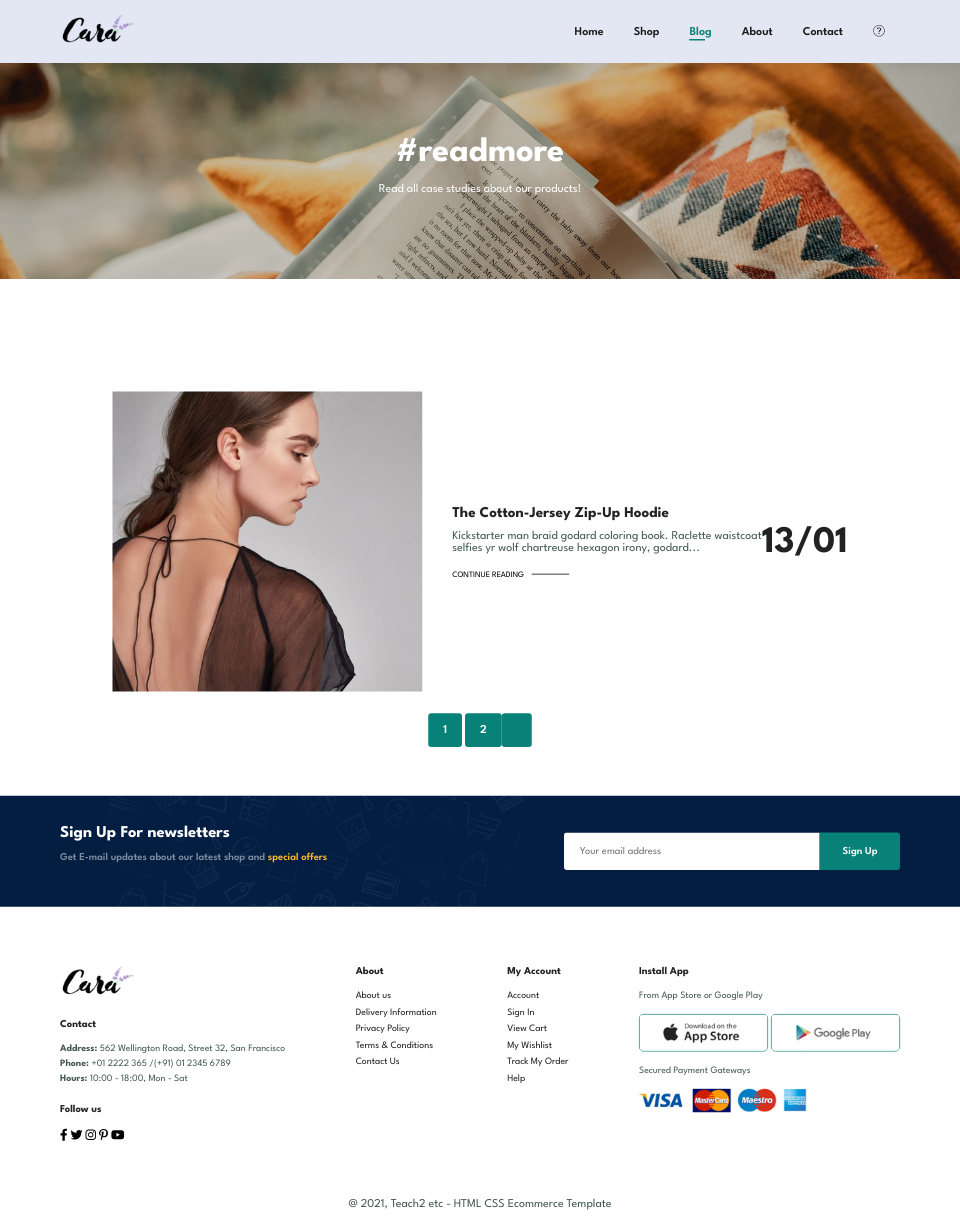
Repository: quy261001/cara
Page: blog.html
The author's editor kept a copy of each file at every save. The page is drawn from the files as they stood at one save, then again after the next save.
The browser window is 1280 px wide. The pictures show the whole page, at 75% of full size.

Above is the page before, as saved 2022-05-03 22:34:44.

### blog.html
<!DOCTYPE html>
<html lang="en">
<head>
  <meta charset="UTF-8">
  <meta http-equiv="X-UA-Compatible" content="IE=edge">
  <meta name="viewport" content="width=device-width, initial-scale=1.0">
  <link rel="stylesheet" href="style.css">
  <title>Cara Blog</title>
</head>
<body>
  <section class="header">
    <a href="#"><img src="img/logo.png" class="logo" alt=""></a>

    <div>
      <ul class="navbar">
        <li><a href="index.html">Home</a></li>
        <li><a href="shop.html">Shop</a></li>
        <li><a class="active" href="blog.html">Blog</a></li>
        <li><a href="about.html">About</a></li>
        <li><a href="contact.html">Contact</a></li>
        <li class="lg-bag"><a href="cart.html"><i class="far fa-shopping-bag"></i></a></li>
        <a href="#" class="close"><i class="far fa-times"></i></a>
      </ul>
    </div>
    <div class="mobile">
      <a href="cart.html"><i class="menu far fa-shopping-bag"></i></a>
      <div class="bar">
        <i class=" fas fa-outdent"></i>
      </div>
    </div>
  </section>

  <section class="page-header blog-header">
    <h2>#readmore</h2>
    <p>Read all case studies about our products!</p>
  </section>

  <section class="blog">
    <div class="blog-box">
      <div class="blog-img">
        <img src="img/blog/b1.jpg" alt="">
      </div>
      <div class="blog-details">
        <h4>The Cotton-Jersey Zip-Up Hoodie</h4>
        <p>Kickstarter man braid godard coloring book. Raclette waistcoat selfies yr wolf chartreuse hexagon irony, godard...</p>
        <a href="#">CONTINUE READING</a>
      </div>
      <h1>13/01</h1>
    </div>
  </section>

  <section class="pagination section-p1">
    <a href="#">1</a>
    <a href="#">2</a>
    <a href="#"><i class="next fal fa-long-arrow-alt-right"></i></a>
  </section>

  <section class="newsletter section-p1 section-m1">
      <div class="newstext">
          <h4>Sign Up For newsletters</h4>
          <p>Get E-mail updates about our latest shop and <span>special offers</span></p>
      </div>
      <div class="form">
        <input type="text" placeholder="Your email address">
        <button class="normal">Sign Up </button>
      </div>
  </section>

  <footer class="section-p1">
    <div class="col">
      <img class="logo" src="img/logo.png" alt="">
      <h4>Contact</h4>
      <p><strong>Address: </strong>562 Wellington Road, Street 32, San Francisco</p>
      <p><strong>Phone: </strong>+01 2222 365 /(+91) 01 2345 6789</p>
      <p><strong>Hours: </strong>10:00 - 18:00, Mon - Sat</p>
      <div class="follow">
        <h4>Follow us</h4>
        <div class="icon">
          <i class="fab fa-facebook-f"></i>
          <i class="fab fa-twitter"></i>
          <i class="fab fa-instagram"></i>
          <i class="fab fa-pinterest-p"></i>
          <i class="fab fa-youtube"></i>
        </div>
      </div>
    </div>

    <div class="col">
      <h4>About</h4>
      <a href="#">About us</a>
      <a href="#">Delivery Information</a>
      <a href="#">Privacy Policy</a>
      <a href="#">Terms & Conditions</a>
      <a href="#">Contact Us</a>
    </div>

    <div class="col">
      <h4>My Account</h4>
      <a href="#">Account</a>
      <a href="#">Sign In</a>
      <a href="#">View Cart</a>
      <a href="#">My Wishlist</a>
      <a href="#">Track My Order</a>
      <a href="#">Help</a>
    </div>

    <div class="col install">
      <h4>Install App</h4>
      <p>From App Store or Google Play</p>
      <div class="row">
        <img src="img/pay/app.jpg" alt="">
        <img src="img/pay/play.jpg" alt="">
      </div>
      <p>Secured Payment Gateways</p>
      <img src="img/pay/pay.png" alt="">
    </div>
  </footer>
  <section>
    <div class="copyright">
      <p>@ 2021, Teach2 etc - HTML CSS Ecommerce Template</p>
    </div>
  </section>
  <script src="script.js"></script>
  <script defer src="https://pro.fontawesome.com/releases/v5.15.4/js/all.js"></script>
</body>
</html>

### style.css
@import url('https://fonts.googleapis.com/css2?family=League+Spartan:wght@100;200;300;400;500;600;700;800;900&display=swap');
* {
  margin: 0;
  padding: 0;
  box-sizing: border-box;
  font-family: 'League Spartan', sans-serif;
}
h1 {
  font-size: 50px;
  line-height: 64px;
  color: #222;
}
h2 {
  font-size: 46px;
  line-height: 53px;
  color: #222;
}
h4 {
  font-size: 20px;
  color: #222;
}
h6 {
  font-weight: 700;
  font-size: 12px;
}
p {
  font-size: 16px;
  color: #465b52;
  margin: 15px 0 20px 0;
}
.section-p1 {
  padding: 40px 80px;
}
.section-m1 {
  margin: 40px 0;
}
button.normal {
  font-size: 14px;
  font-weight: 600;
  padding: 15px 30px;
  color: #000;
  background-color: #fff;
  border-radius: 4px;
  cursor: pointer;
  border: none;
  outline: none;
  transition: 0.2s;
}
button.while {
  font-size: 13px;
  font-weight: 600;
  padding: 11px 22px;
  color: #000;
  background-color: transparent;
  cursor: pointer;
  border: 1px solid #fff;
  outline: none;
  transition: 0.2s;
}
body {
  width: 100%;
}

/* Header-start */
.header {
  display: flex;
  justify-content: space-between;
  align-items: center;
  padding: 20px 80px;
  background-color: #E3E6F3;
  box-shadow: 0 5px 15px rgba(0, 0, 0, 0.06);
  z-index: 999;
  position: sticky;
  top: 0;
  left: 0;
}

.navbar {
  display: flex;
  align-items: center;
  justify-content: center;
}

.navbar li {
  list-style: none;
  padding: 0 20px;
  position: relative;
}

.navbar li a {
  text-decoration: none;
  font-size:16px;
  font-weight: 600;
  color: #1a1a1a;
  transition: 0.3s ease;
}

.navbar li a:hover,
.navbar li a.active {
  color: #088178;
}

.navbar li a.active::after,
.navbar li a:hover::after {
  content: "";
  width: 30%;
  height: 2px;
  background-color: #088178;
  position: absolute;
  bottom: -4px;
  left: 20px;
}
.mobile {
  display: none;
  align-items: center;
}
.close {
  display: none;
}
/* Home page */
.hero {
  background-image: url("img/hero4.png");
  height: 90vh;
  width: 100%;
  background-position: top 25% right 0;
  background-size: cover;
  display: flex;
  justify-content: center;
  align-items: flex-start;
  flex-direction: column;
  padding: 0 80px;
}

.hero h4 {
  padding-bottom: 15px;
}

.hero h1 {
  color: #088178;
}

.hero button {
  background-image: url("img/button.png");
  background-color: transparent;
  color: #088178;
  border: 0;
  padding: 14px 80px 14px 80px;
  background-repeat: no-repeat;
  cursor: pointer;
  font-weight: 700;
}

.feature {
  display: flex;
  align-items: center;
  justify-content: space-between;
  flex-wrap: wrap;
}

.feature .fe-box {
   width: 180px;
   text-align: center;
   padding: 25px 15px;
   box-shadow: 20px 20px 34px rgba(0, 0, 0, 0.03);
   border: 1px solid #cce7d0;
   border-radius: 4px;
   margin: 15px 0;
}

.feature .fe-box:hover {
  box-shadow: 10px 10px 54px rgba(70, 62, 221, 0.1);
}
.feature .fe-box img {
  width: 100%;
  margin-bottom: 10px;
}
.feature .fe-box h6 {
  display: inline-block;
  padding: 9px 8px 6px 8px;
  line-height: 1;
  border-radius: 4px;
  color: #088178;
  background-color: #fddde4;
}
.feature .fe-box:nth-child(2) h6 {
  background-color: #cdebbc;
}
.feature .fe-box:nth-child(3) h6 {
  background-color: #d1e8f2;
}
.feature .fe-box:nth-child(4) h6 {
  background-color: #cdd4f8;
}
.feature .fe-box:nth-child(5) h6 {
  background-color: #f6dbf6;
}
.feature .fe-box:nth-child(6) h6 {
  background-color: #fff2e5;
}

.product1 {
  text-align: center;
}
.product1 .pro-container {
  display: flex;
  justify-content: space-between;
  flex-wrap: wrap;
  padding-top: 20px;
}
.product1 .pro {
  position: relative;
  width: 23%;
  min-width: 250px;
  padding: 10px 12px;
  border: 1px solid #cce70d;
  border-radius: 25px;
  cursor: pointer;
  box-shadow: 20px 20px 30px rgba(0, 0, 0, 0.02);
  margin: 15px 0;
  transition: 0.2s ease;
}
.product1 .pro:hover {
  box-shadow: 20px 20px 30px rgba(0, 0, 0, 0.06);
}
.product1 .pro img {
  width: 100%;
  border-radius: 20px;
}
.product1 .pro .des {
  text-align: start;
  padding: 10px 0;
}
.product1 .pro .des span {
  color: #606063;
  font-size: 12px;
}
.product1 .pro .des h5 {
  padding-top: 7px;
  color: #1a1a1a;
  font-size: 14px;
}
.star {
  font-size: 12px;
  color: rgb(243, 181, 25);
}
.product1 .pro .des h4 {
  padding-top: 7px;
  font-size: 15px;
  font-weight: 700;
  color: #088178;
}
.product1 .pro .cart {
  width: 40px;
  height: 40px;
  line-height: 40px;
  border-radius: 50px;
  background-color: #e8f6ea;
  font-weight: 500;
  color: #088178;
  border: 1px solid #cce7d0;
  padding: 10px;
  position: absolute;
  bottom: 20px;
  right: 10px;
}

.banner {
  display: flex;
  flex-direction: column;
  justify-content: center;
  align-items: center;
  background-image: url("img/banner/b2.jpg");
  width: 100%;
  height: 40vh;
  background-size: cover;
  background-position: center;
}
.banner h4 {
  color: #fff;
  font-size: 16px;
}
.banner h2 {
  color: #fff;
  font-size: 30px;
  padding: 10px 0;
}
.banner h2 span {
  color: #ef3636;
}
.banner button:hover {
  background: #088178;
  color: #fff;
}

.sm-banner {
  display: flex;
  justify-content: space-between;
  flex-wrap: wrap;
}

.sm-banner .banner-box {
  display: flex;
  flex-direction: column;
  justify-content: center;
  align-items: flex-start;
  text-align: center;
  background-image: url("img/banner/b17.jpg");
  min-width: 49%;
  height: 50vh;
  background-size: cover;
  background-position: center;
  padding: 30px;
}
.sm-banner .banner-box2 {
  background-image: url("img/banner/b10.jpg");
}
.sm-banner h4 {
  color: #fff;
  font-size: 30px;
  font-weight: 300;
}
.sm-banner h2 {
  color: #fff;
  font-size: 38px;
  font-weight: 800;
}
.sm-banner span {
  color: #fff;
  font-size: 24px;
  font-weight: 500;
  margin-bottom: 15px;
}
.sm-banner .banner-box:hover button {
  background-color: #088178;
  border: 1px solid #088178;
}

.banner3 {
  display: flex;
  justify-content: space-between;
  flex-wrap: wrap;
}

.banner3 .banner-box {
  display: flex;
  flex-direction: column;
  justify-content: center;
  align-items: flex-start;
  text-align: center;
  background-image: url("img/banner/b7.jpg");
  min-width: 30%;
  height: 30vh;
  background-size: cover;
  background-position: center;
  padding: 20px;
  margin-bottom: 20px;
}

.banner3 .banner-box2 {
  background-image: url("img/banner/b4.jpg");
}

.banner3 .banner-box3 {
  background-image: url("img/banner/b18.jpg");
}

.banner3 h2 {
  color: #fff;
  font-weight: 900;
  font-size: 22px;
}

.banner3 h3 {
  color: #ec544e;
  font-weight: 800;
  font-size: 15px;
}

.newsletter {
  display: flex;
  justify-content: space-between;
  flex-wrap: wrap;
  align-items: center;
  background-image: url("img/banner/b14.png");
  background-repeat: no-repeat;
  background-position: 20% 30%;
  background-color: #041e42;
}
.newsletter h4 {
  font-size: 22px;
  font-weight: 700;
  color: #fff;
}
.newsletter p {
  font-size: 14px;
  font-weight: 600;
  color: #818ea0;
}
.newsletter p span {
  color: #ffbd27;
}

.newsletter .form {
  display: flex;
  width: 40%;
}

.newsletter input {
  height: 3.125rem;
  width: 24.125rem;
  padding: 0 1.25rem;
  font-size: 14px;
  border: 1px solid transparent;
  border-radius: 4px;
  outline: none;
  border-top-right-radius: 0;
  border-bottom-right-radius: 0;
}
.newsletter button {
  background-color: #088178;
  color: #fff;
  white-space: nowrap;
  padding:18px 30px;
  border-top-left-radius: 0;
  border-bottom-left-radius: 0;
}

footer {
  display: flex;
  flex-wrap: wrap;
  justify-content: space-between;
}
footer .col {
  display: flex;
  flex-direction: column;
  align-items: flex-start;
  margin-bottom: 20px;
}
footer .logo {
    margin-bottom: 30px;
}
footer h4 {
  font-size: 14px;
  margin-bottom: 20px;
}
footer p {
  font-size: 13px;
  margin: 0 0 8px 0;
}
footer a  {
  font-size: 13px;
  text-decoration: none;
  color: #222;
  margin-bottom: 10px;
}
footer .follow {
  margin-top: 20px;
}
footer .follow i {
  color: #456b52;
  padding-right: 4px;
  cursor: pointer;
}
footer .install .row img {
  border: 1px solid #088178;
  border-radius: 6px;
}
footer .install img {
  margin: 10px 0 15px 0;
}
footer .folow i:hover,
footer a:hover {
  color: #088178;
}
.copyright {
  width: 100%;
  text-align: center;
}

/* Shop page */
.page-header {
  background-image: url("img/banner/b1.jpg");
  height: 100%;
  height: 40vh;
  background-size: cover;
  display: flex;
  justify-content: center;
  align-items: center;
  flex-direction: column;
  padding: 14px;
}
.page-header h2,
.page-header p {
  color: #fff;

}
.pagination {
  text-align: center;
}
.pagination a {
  text-decoration: none;
  background-color: #088178;
  padding: 15px 20px;
  border-radius: 4px;
  color: #fff;
  font-weight: 600;
}
.pagination .next {
  font-size: 16px;
}

/* Single Product  */
.prodetails {
  display: flex;
  margin-top: 20px;
}
.prodetails .single-pro-image {
  width: 40%;
  margin-right: 50px;
}

.small-img-group {
  display: flex;
  justify-content: space-between;

}
.small-img-col {
  flex-basis: 24%;
  cursor: pointer;
}
.prodetails .single-pro-details {
  width: 50%;
  padding-top: 30px;
}
.prodetails .single-pro-details h4 {
  padding: 40px 0 20px 0;
}
.prodetails .single-pro-details h2 {
  font-size: 26px;
}
.prodetails .single-pro-details select {
  display: block;
  padding: 5px 10px;
  margin-bottom: 10px;
}
.prodetails .single-pro-details input {
  width: 50px;
  height: 47px;
  padding-left: 10px;
  font-size: 16px;
  margin-right: 10px;
}
.prodetails .single-pro-details input:focus {
  outline: none;
}
.prodetails .single-pro-details button {
  background-color: #088178;
  color: #fff;
}
.prodetails .single-pro-details span {
  line-height: 25px;
}

/* Blog page */
.blog-header {
  background-image: url("img/banner/b19.jpg");
}
.blog {
  padding: 150px 150px 0 150px;
}
.blog .blog-box {
  position: relative;
  display: flex;
  align-items: center;
  width: 100%;
}
.blog .blog-img {
  width: 50%;
  margin-right: 40px;
}
.blog img {
  width: 100%;
  height: 400px;
  object-fit: cover;
}
.blog .blog-details {
  width: 50%;
}
.blog .blog-details a{
  text-decoration: none;
  font-size: 11px;
  color: #000;
  position: relative;
  transition: 0.3s;
}
.blog .blog-details a::after {
  content: "";
  width: 50px;
  height: 1px;
  background-color: #000;
  position: absolute;
  top: 4px;
  right: -60px;
}
.blog .blog-details a:hover {
  color: #088178;
}

.blog .blog-details a:hover::after {
  background-color: #088178;
}
.blog-details h1 {
  position: absolute;
  top: -40px;
  left: 0;
  font-size: 70px;
  font-weight: 700;
  color: #c9cbce;
}
/* Start Media Query */

@media (max-width: 799px) {
  /* .section-p1 {
    padding: 40px 40px;
  } */
  .navbar {
    display: flex;
    flex-direction: column;
    align-items: flex-start;
    justify-content: flex-start;
    position: fixed;
    top: 0;
    right: -300px;
    height: 100vh;
    width: 300px;
    background-color: #E3E6F3;
    box-shadow: 0 40px 60px rgba(0, 0, 0, 0.1);
    padding: 80px 0 0 10px;
    transition: 0.3s;
  }
    .active {
    right: 0px;
  }
  .navbar li {
    margin-bottom: 25px;
  }
  .mobile {
    display: flex;
    align-items: center;
  }
  .mobile .menu {
    /* display: none; */
    color: #1a1a1a;
    font-size: 20px;
    margin-right: 20px;
  }
  .mobile .bar {
    color: #1a1a1a;
    font-size: 20px;
    padding-left: 10px;
  }
  .close {
    display: block;
    position: absolute;
    top: 30px;
    left: 30px;
    color: #222;
    font-size: 24px;
  }
  .lg-bag {
    display: none;
  }
  .hero {
    height: 70vh;
    padding: 0 80px;
    background-position: top 30% right 30%;
  }
  /* .feature {
    justify-content: center;
  }
  .feature .fe-box {
    margin: 15px 15px;
  } */
  .banner {
    height: 20vh;
  }
  .sm-banner .banner-box {
    min-width: 100%;
    height: 30vh;

  }
  .banner3 {
    padding: 0 40px;
  }
  .banner3 .banner-box {
    width: 28%;
  }
  .newsletter .form{
    width: 70%;
  }
}

@media (max-width: 477px) {
  .bar svg {
    pointer-events: none;
  }
  .section-p1 {
    padding: 20px;
  }
  .header {
    padding: 10px 30px;
  }
  h1 {
    font-size: 38px;
  }
  h2 {
    font-size: 32px;
  }
  .hero {
    padding: 0 20px;
    background-position: 55%;
  }
  .feature .fe-box {
    width: 155px;
    margin: 0 0 15px 0;
  }
  .product1 .pro {
    width: 100%;
  }
  .banner {
    height: 40vh;
  }
  .banner h2 {
    text-align: center;
  }
  .sm-banner .banner-box {
    height: 40vh;
  }
  .sm-banner .banner-box2 {
    margin-top: 20px;
  }
  .banner3 {
    padding: 0 20px;
  }
  .banner3 .banner-box {
    width: 100%;
  }
  .newsletter {
    padding: 40px 20px;
  }
  .newsletter .form {
    width: 100%;
  }
  .navbar {
    width: 240px;
  }

  /* Single Product */
  .page-header {
    background-position: top 0 right 50%;
  }
  .prodetails {
    display: flex;
    flex-direction: column;
  }
  .prodetails .single-pro-image {
    width: 100%;
    margin-right: 0px;
  }
  .prodetails .single-pro-details {
    width: 100%;
  }
}

### script.js
const bar = document.querySelector(".bar");
const nav = document.querySelector(".navbar");
const close = document.querySelector(".close");
console.log(bar)
console.log(nav)
if(bar) {
  bar.addEventListener("click", () => {
    nav.classList.add("active");
  })
}
if(close) {
  close.addEventListener("click", () => {
    nav.classList.remove("active");
  })
}

document.addEventListener("click", function(e) {
  if (!nav.contains(e.target) && !e.target.matches(".bar")) {
    nav.classList.remove("active")
  }
})

After the next save:
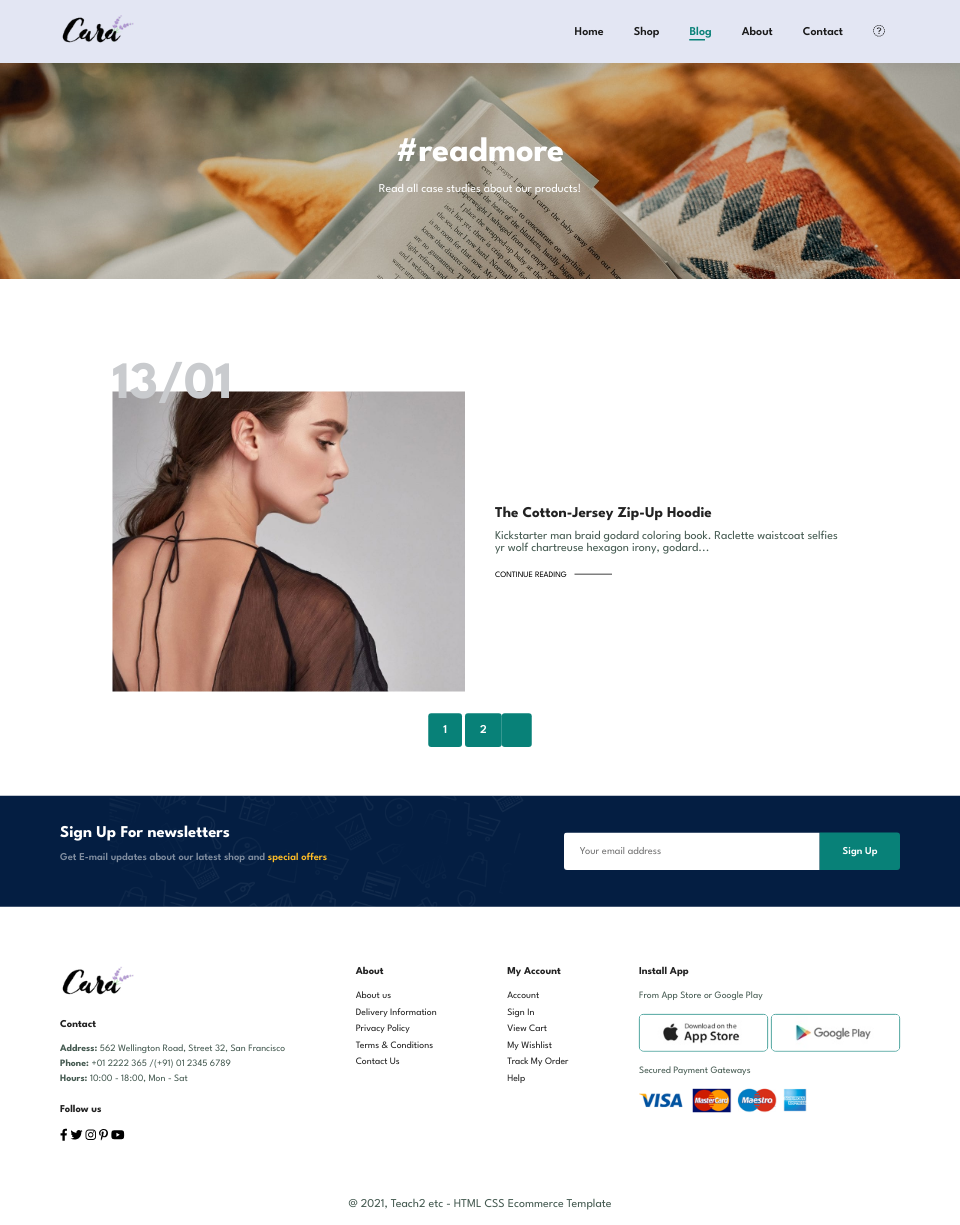
Saved 33 s later.
--- a/style.css
+++ b/style.css
@@ -609,7 +609,7 @@ footer a:hover {
 .blog .blog-details a:hover::after {
   background-color: #088178;
 }
-.blog-details h1 {
+.blog .blog-box h1 {
   position: absolute;
   top: -40px;
   left: 0;
